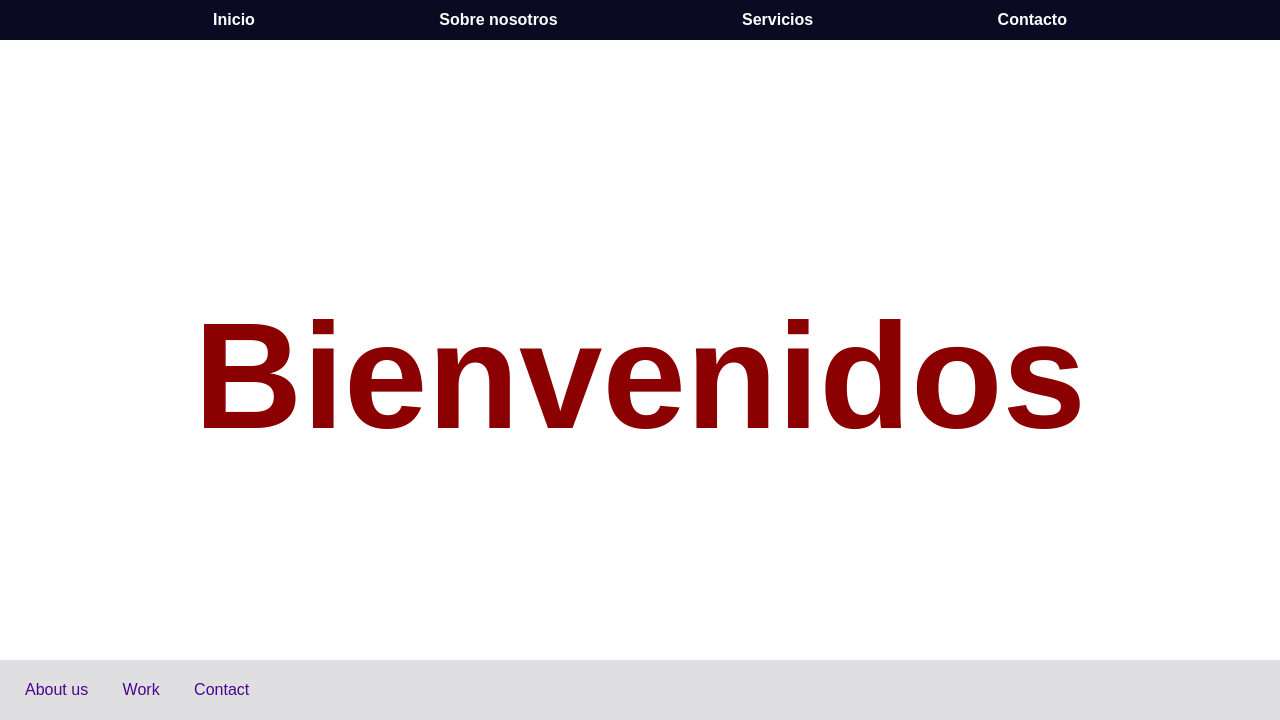
Repository: RaquelAlvarezz/Ejercicios-FormawebIV
Page: Práctica examen/index.html
An editor plug-in stored every save of this project. The page is shown before and after the next save, followed by the edit.
The browser window is 1280 px wide. The pictures show the whole page.
Some web libraries are served in a nearby version.

Above is the page before, as saved 2021-11-25 13:06:02.
Console error: TypeError: Cannot read properties of null (reading 'addEventListener')

After the next save:
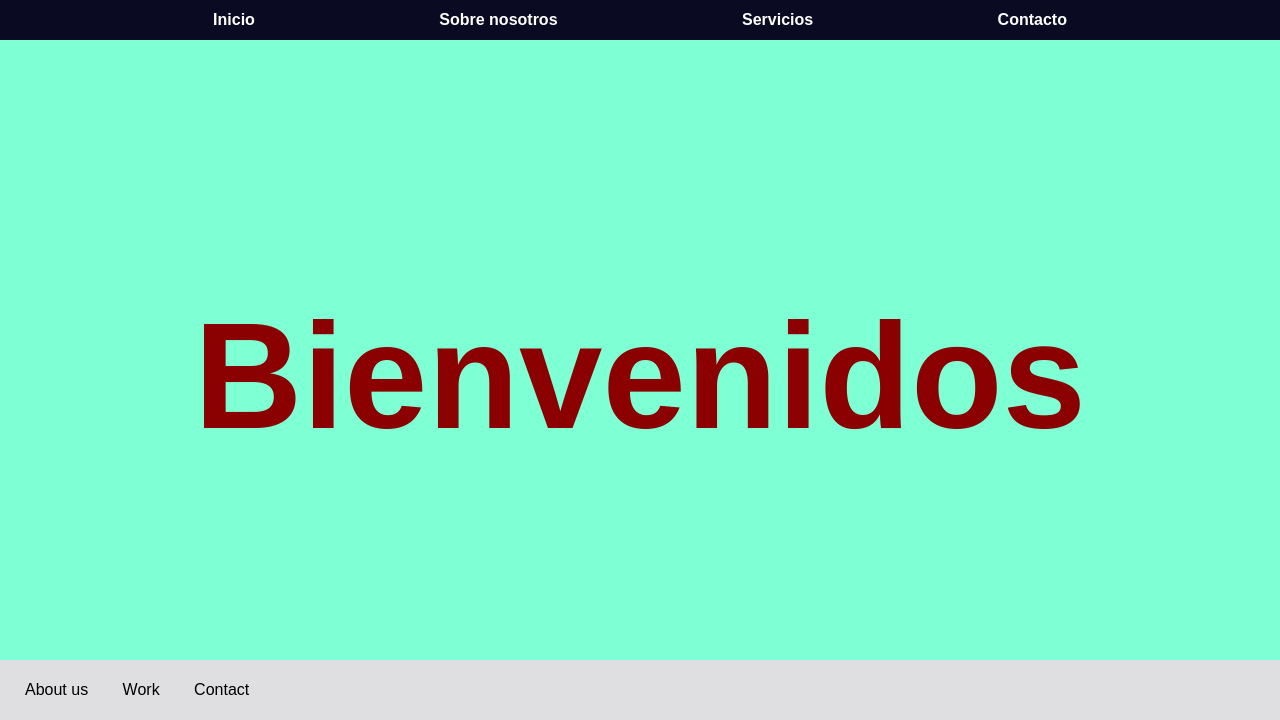
Saved 61 s later.
--- a/Práctica examen/css/styles.css
+++ b/Práctica examen/css/styles.css
@@ -8,7 +8,7 @@
 }
 
 body {
-  color: rgb(74, 6, 138);
+ background-color:aquamarine;
   font-family: sans-serif;
   display: flex;
   flex-direction: column;
